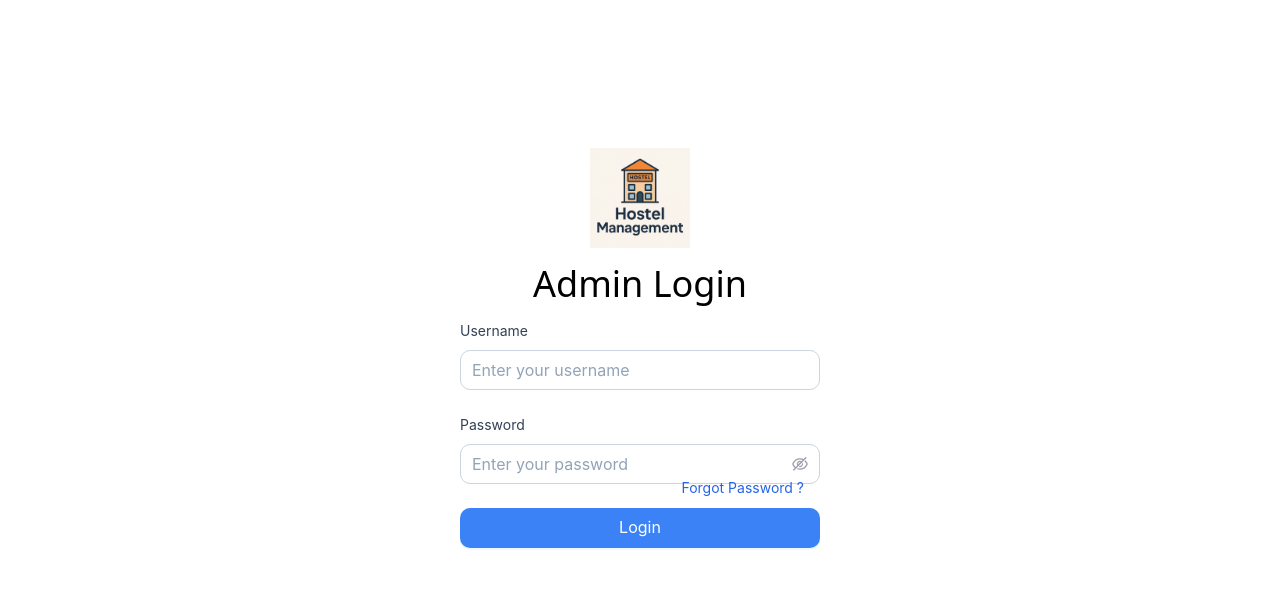
Repository: sujal984/Hostel-Management-System
Page: /Admin/dashboard (app in frontend/)
The author's editor kept a copy of each file at every save. The page is drawn from the files as they stood at one save, then again after a run of saves.
The browser window is 1280 px wide. The pictures show the whole page.
The project was rebuilt for these pictures with package versions that can differ from the ones it lists, and the page was loaded fresh each time. Also part of the build but not shown: frontend/vite.config.js, frontend/src/components/Acceptedapplication.jsx, frontend/src/components/AdminDashboard.jsx, frontend/src/components/StepForms.jsx, frontend/src/components/ApplicationForm.jsx, frontend/src/components/TrackStatus.jsx, frontend/src/components/Temporary.jsx, frontend/src/components/ApplicationDetail.jsx and 2 more.

Above is the page before, as saved 2025-08-02 17:24:56.

After the next 2 saves:
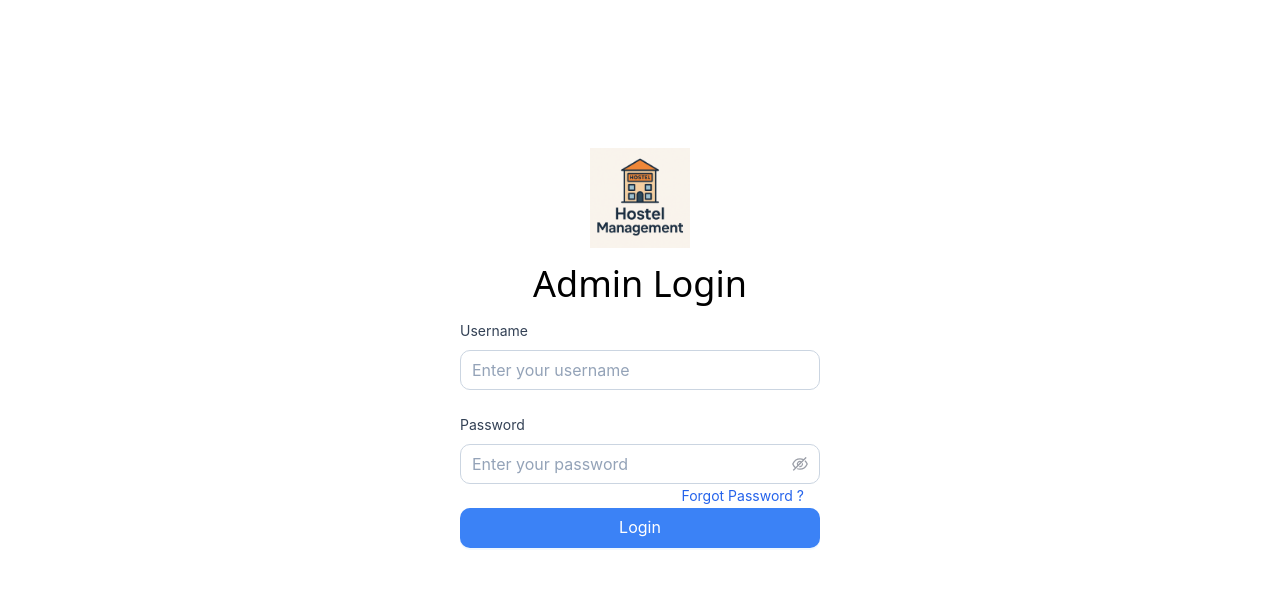
The 2 saves are shown as one change because they came seconds apart.
The last was saved 7 s later.
--- a/frontend/src/components/AdminLogin.jsx
+++ b/frontend/src/components/AdminLogin.jsx
@@ -112,7 +112,7 @@ function AdminLogin() {
                   <Button
                     type="link"
                     href={ROUTES.ForgotPassword}
-                    className="!absolute bottom-10 right-0"
+                    className="!absolute bottom-8 right-0"
                   >
                     Forgot Password ?
                   </Button>
